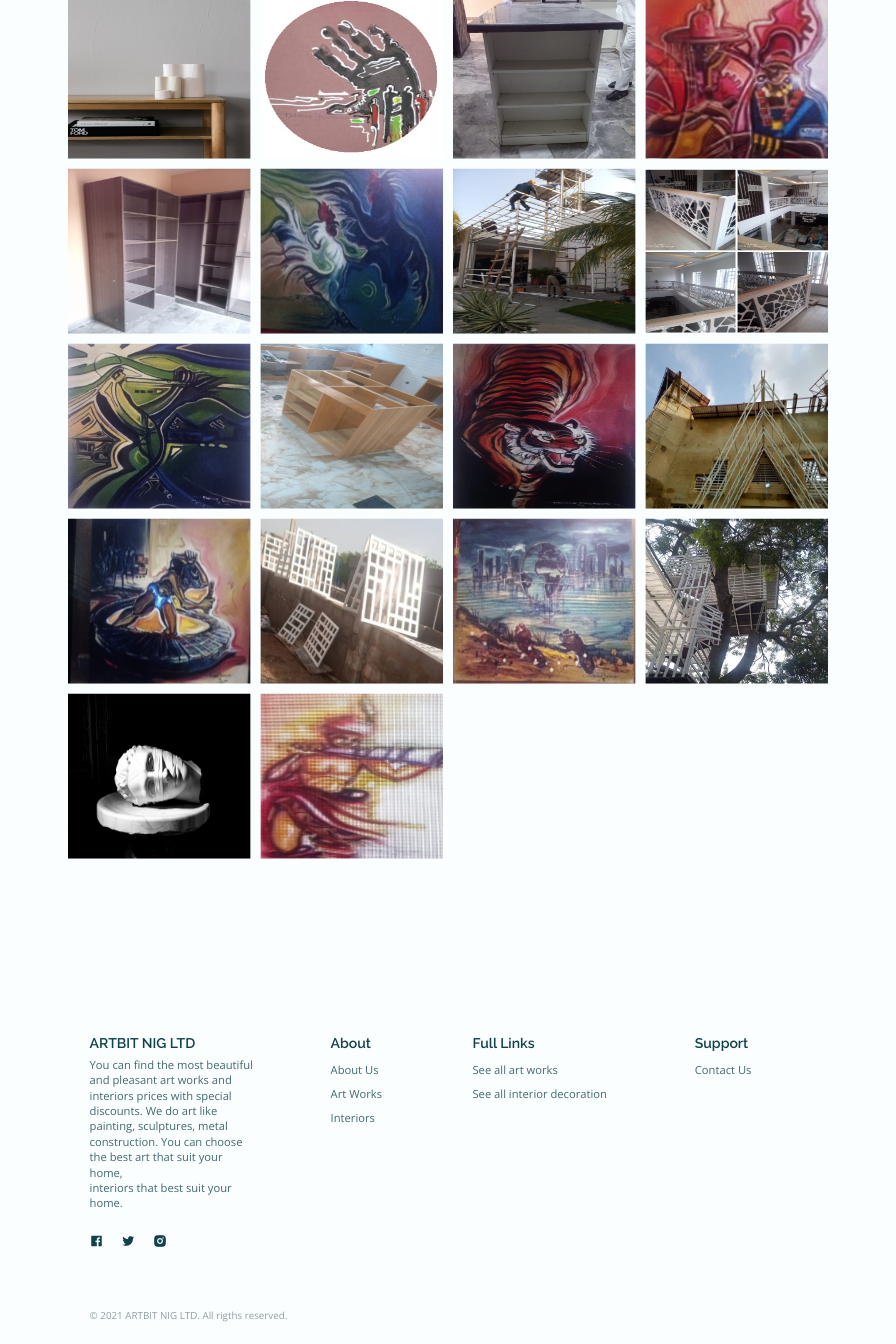
Repository: uche-hub/ARTBIT-WEB
Page: interiors.html
The author's editor kept a copy of each file at every save. The page is drawn from the files as they stood at one save, then again after the next save.
The browser window is 1280 px wide. The pictures show the part of the page from y = 1284 to 3204 px (the page is 3204 px tall), at 70% of full size.

Above is the page before, as saved 2021-11-17 15:42:09.
Console error: TypeError: Cannot read properties of null (reading 'classList')

### interiors.html
<!DOCTYPE html>
<html lang="en">
  <head>
    <meta charset="UTF-8" />
    <meta name="viewport" content="width=device-width, initial-scale=1.0" />

    <link rel="shortcut icon" href="assets/img/favicon.png" type="image/png" />

    <!--=============== REMIXICONS ===============-->
    <link
      href="https://cdn.jsdelivr.net/npm/remixicon@2.5.0/fonts/remixicon.css"
      rel="stylesheet"
    />

    <!--=============== SWIPER CSS ===============-->
    <link rel="stylesheet" href="assets/css/swiper-bundle.min.css" />

    <!--=============== CSS ===============-->
    <link rel="stylesheet" href="assets/css/styles.css" />
    <title>Art Work</title>
  </head>

  <body>
    <header class="header" id="header">
      <nav class="nav container">
        <a href="index.html" class="nav__logo">ARTBIT NIG LTD</a>

        <div class="nav__menu" id="nav-menu">
          <ul class="nav__list">
            <li class="nav__item">
              <a href="index.html" class="nav__link">Home</a>
            </li>
            <li class="nav__item">
              <a href="about.html" class="nav__link">About</a>
            </li>
            <li class="nav__item">
              <a href="interiors.html" class="nav__link active-link"
                >Interiors</a
              >
            </li>
            <li class="nav__item">
              <a href="art.html" class="nav__link">Art Works</a>
            </li>
            <li class="nav__item">
              <a href="contact.html" class="nav__link">Contact Us</a>
            </li>
          </ul>

          <div class="nav__dark">
            <!-- Theme change button -->
            <span class="change-theme-name">Dark mode</span>
            <i class="ri-moon-line change-theme" id="theme-button"></i>
          </div>

          <i class="ri-close-line nav__close" id="nav-close"></i>
        </div>

        <div class="nav__toggle" id="nav-toggle">
          <i class="ri-function-line"></i>
        </div>
      </nav>
    </header>

    <main class="main">
      <section class="home" id="home">
        <img src="assets/img/interiorsbg2.jpg" alt="" class="home__img" />

        <div class="home__container container grid">
          <div class="home__data">
            <span class="home__data-subtitle"
              >Discover all our interior designs</span
            >
            <h1 class="home__data-title">
              Explore The <br />Best <b>Beautiful home designs</b>
            </h1>
          </div>

          <div class="home__social">
            <a
              href="https://www.facebook.com/"
              target="_blank"
              class="home__social-link"
            >
              <i class="ri-facebook-box-fill"></i>
            </a>
            <a
              href="https://www.instagram.com/"
              target="_blank"
              class="home__social-link"
            >
              <i class="ri-instagram-fill"></i>
            </a>
            <a
              href="https://twitter.com/"
              target="_blank"
              class="home__social-link"
            >
              <i class="ri-twitter-fill"></i>
            </a>
          </div>
        </div>
      </section>

      <!--=============== ART GALLERY ===========-->
      <section class="art section" id="art">
        <div class="wrapper">
          <nav>
            <div class="items">
              <span class="item active" data-name="all">All</span>
              <span class="item" data-name="painting">Rooms</span>
              <span class="item" data-name="sculptures">Funituress</span>
            </div>
          </nav>
          <!--========= FILTER IMAGE ===========-->
          <div class="gallery">
            <div class="image" data-name="painting">
              <span
                ><img src="/assets/img/interior1.jpeg" alt="painting 1"
              /></span>
            </div>
            <div class="image" data-name="painting">
              <span><img src="/assets/img/act1.jpeg" alt="painting 1" /></span>
            </div>
            <div class="image" data-name="metal">
              <span><img src="/assets/img/i2.jpeg" alt="metal 1" /></span>
            </div>
            <div class="image" data-name="metal">
              <span><img src="/assets/img/a1.jpeg" alt="metal 1" /></span>
            </div>
            <div class="image" data-name="sculptures">
              <span
                ><img src="/assets/img/interiors3.jpg" alt="sculptures 1"
              /></span>
            </div>
            <div class="image" data-name="sculptures">
              <span><img src="/assets/img/a3.jpeg" alt="sculptures 1" /></span>
            </div>
            <div class="image" data-name="painting">
              <span><img src="/assets/img/i3.jpeg" alt="painting 2" /></span>
            </div>
            <div class="image" data-name="painting">
              <span><img src="/assets/img/a4.jpeg" alt="painting 2" /></span>
            </div>
            <div class="image" data-name="metal">
              <span><img src="/assets/img/i4.jpeg" alt="metal 2" /></span>
            </div>
            <div class="image" data-name="metal">
              <span><img src="/assets/img/a5.jpeg" alt="metal 2" /></span>
            </div>
            <div class="image" data-name="sculptures">
              <span><img src="/assets/img/i5.jpeg" alt="sculptures 2" /></span>
            </div>
            <div class="image" data-name="painting">
              <span><img src="/assets/img/i6.jpeg" alt="painting 3" /></span>
            </div>
            <div class="image" data-name="sculptures">
              <span><img src="/assets/img/a6.jpeg" alt="sculptures 2" /></span>
            </div>
            <div class="image" data-name="metal">
              <span><img src="/assets/img/i7.jpeg" alt="metal 3" /></span>
            </div>
            <div class="image" data-name="painting">
              <span><img src="/assets/img/a7.jpeg" alt="painting 3" /></span>
            </div>
            <div class="image" data-name="sculptures">
              <span><img src="/assets/img/i8.jpeg" alt="sculptures 3" /></span>
            </div>
            <div class="image" data-name="metal">
              <span><img src="/assets/img/a8.jpeg" alt="metal 3" /></span>
            </div>
            <div class="image" data-name="painting">
              <span><img src="/assets/img/i9.jpeg" alt="painting 4" /></span>
            </div>
            <div class="image" data-name="sculptures">
              <span><img src="/assets/img/a9.jpeg" alt="sculptures 3" /></span>
            </div>
            <div class="image" data-name="metal">
              <span><img src="/assets/img/i10.jpeg" alt="metal 4" /></span>
            </div>
            <div class="image" data-name="sculptures">
              <span><img src="/assets/img/s4.jpg" alt="sculptures 4" /></span>
            </div>










            <div class="image" data-name="painting">
              <span><img src="/assets/img/a10.jpeg" alt="painting 4" /></span>
            </div>
          </div>
        </div>
      </section>

      <!-- Full Screen Image Preview Box-->
      <div class="preview-box">
        <div class="details">
          <span class="title"
            >Image Category:
            <p>Not Defined</p></span
          >
          <span class="icon ri-close-line"></span>
        </div>
        <div class="image-box">
          <img src="" alt="" />
        </div>
      </div>

      <div class="shadow"></div>
    </main>

    <!--==================== FOOTER ====================-->
    <footer class="footer section">
      <div class="footer__container container grid">
        <div class="footer__content grid">
          <div class="footer__data">
            <h3 class="footer__title">ARTBIT NIG LTD</h3>
            <p class="footer__description">
              You can find the most beautiful and pleasant art works and
              interiors prices with special discounts. We do art like painting,
              sculptures, metal construction. You can choose the best art that
              suit your home, <br />
              interiors that best suit your home.
            </p>
            <div>
              <a
                href="https://www.facebook.com/"
                target="_blank"
                class="footer__social"
              >
                <i class="ri-facebook-box-fill"></i>
              </a>
              <a
                href="https://twitter.com/"
                target="_blank"
                class="footer__social"
              >
                <i class="ri-twitter-fill"></i>
              </a>
              <a
                href="https://www.instagram.com/"
                target="_blank"
                class="footer__social"
              >
                <i class="ri-instagram-fill"></i>
              </a>
            </div>
          </div>

          <div class="footer__data">
            <h3 class="footer__subtitle">About</h3>
            <ul>
              <li class="footer__item">
                <a href="#about" class="footer__link">About Us</a>
              </li>
              <li class="footer__item">
                <a href="#art" class="footer__link">Art Works</a>
              </li>
              <li class="footer__item">
                <a href="#interiors" class="footer__link">Interiors</a>
              </li>
            </ul>
          </div>

          <div class="footer__data">
            <h3 class="footer__subtitle">Full Links</h3>
            <ul>
              <li class="footer__item">
                <a href="art.html" class="footer__link">See all art works</a>
              </li>
              <li class="footer__item">
                <a href="" class="footer__link">See all interior decoration</a>
              </li>
            </ul>
          </div>

          <div class="footer__data">
            <h3 class="footer__subtitle">Support</h3>
            <ul>
              <li class="footer__item">
                <a href="" class="footer__link">Contact Us</a>
              </li>
            </ul>
          </div>
        </div>

        <div class="footer__rights">
          <p class="footer__copy">
            &#169; 2021 ARTBIT NIG LTD. All rigths reserved.
          </p>
        </div>
      </div>
    </footer>

    <!--========== SCROLL UP ==========-->
    <a href="#" class="scrollup" id="scroll-up">
      <i class="ri-arrow-up-line scrollup__icon"></i>
    </a>

    <!--=============== SCROLL REVEAL===============-->
    <script src="assets/js/scrollreveal.min.js"></script>

    <!--=============== SWIPER JS ===============-->
    <script src="assets/js/swiper-bundle.min.js"></script>

    <!--=============== MAIN JS ===============-->
    <script src="assets/js/art.js"></script>
  </body>
</html>

Loaded but not shown: assets/css/swiper-bundle.min.css (library); assets/js/scrollreveal.min.js (library); assets/js/swiper-bundle.min.js (library); assets/js/art.js (201 lines, source omitted); assets/css/styles.css (1203 lines, source omitted)

After the next save:
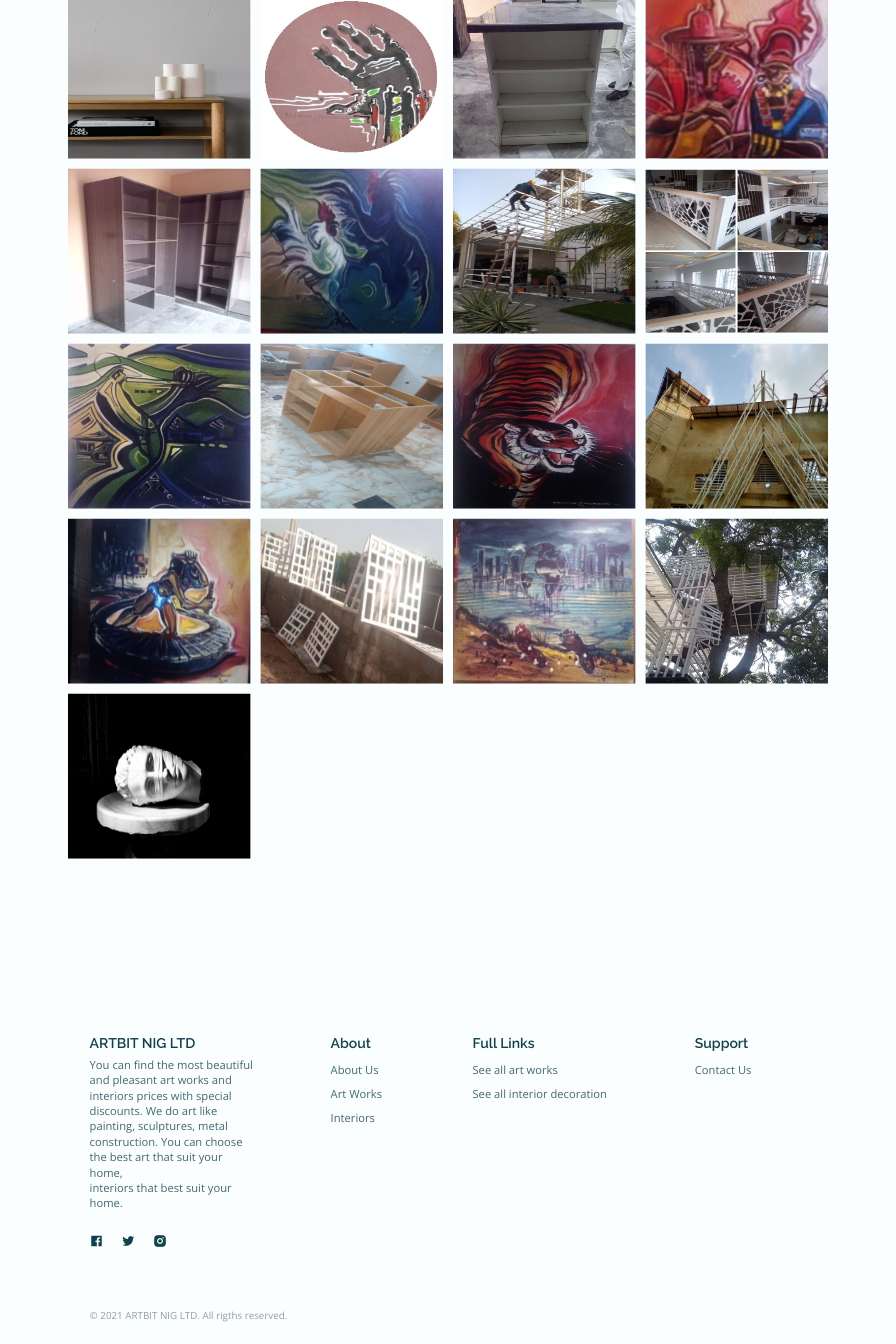
Saved 14 s later.
--- a/interiors.html
+++ b/interiors.html
@@ -190,9 +190,7 @@
 
 
 
-            <div class="image" data-name="painting">
-              <span><img src="/assets/img/a10.jpeg" alt="painting 4" /></span>
-            </div>
+
           </div>
         </div>
       </section>
